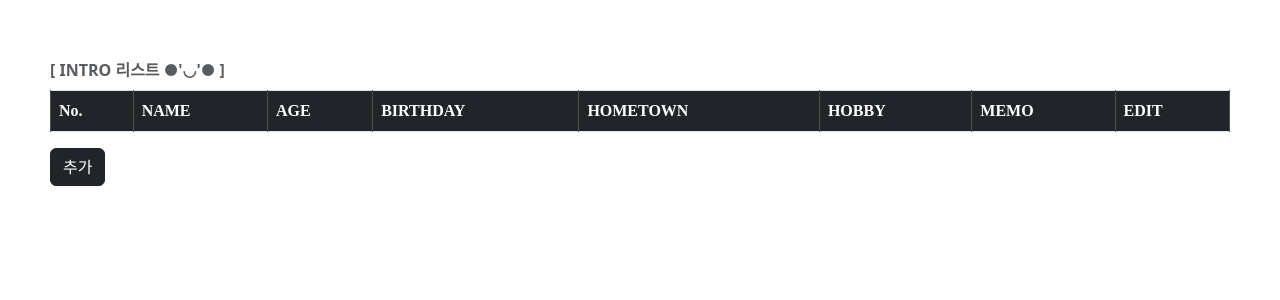
Repository: jini8293/Sist_04
Page: http://localhost/jspProject/intro/introList.jsp
These files come from the project's save history. The page is drawn as it stood at one moment and after the next save; the edit follows.
The browser window is 1280 px wide. The pictures show the whole page.
Some web fonts or font styles are not loaded; a fallback is used. The page is served by Tomcat 9. Other server files are loaded and not shown. Queries for data that is not in the repository find no rows.

Above is the page before, as saved 2024-03-07 00:36:32.

### jspwork/jspProject/src/main/webapp/intro/introList.jsp
<%@page import="intro.model.IntroDto"%>
<%@page import="java.util.Vector"%>
<%@page import="intro.model.IntroDao"%>
<%@page import="java.util.ArrayList"%>
<%@ page language="java" contentType="text/html; charset=UTF-8"
	pageEncoding="UTF-8"%>
<!DOCTYPE html>
<html>
<head>
<meta charset="UTF-8">
<link
	href="https://fonts.googleapis.com/css2?family=Black+Han+Sans&family=Gowun+Dodum&family=IBM+Plex+Sans+KR&display=swap"
	rel="stylesheet">
<link
	href="https://cdn.jsdelivr.net/npm/bootstrap@5.3.2/dist/css/bootstrap.min.css"
	rel="stylesheet">
<script src="https://code.jquery.com/jquery-3.7.0.js"></script>
<title>Insert title here</title>
</head>
<%
IntroDao dao = new IntroDao();
Vector<IntroDto> intro = dao.listIntro();
%>
<body>

	<div style="margin: 50px 50px">
		<table class="table table-bordered">
			<caption align="top">
				<b>[ INTRO 리스트 ●'◡'● ]</b>
			</caption>
			<tr>

				<th style="font-family: IBM Plex Sans KR;" class="table-dark">No.</th>
				<th style="font-family: IBM Plex Sans KR" class="table-dark">NAME</th>
				<th style="font-family: IBM Plex Sans KR" class="table-dark">AGE</th>
				<th style="font-family: IBM Plex Sans KR" class="table-dark">BIRTHDAY</th>
				<th style="font-family: IBM Plex Sans KR" class="table-dark">HOMETOWN</th>
				<th style="font-family: IBM Plex Sans KR" class="table-dark">HOBBY</th>
				<th style="font-family: IBM Plex Sans KR" class="table-dark">MEMO</th>
				<th style="font-family: IBM Plex Sans KR" class="table-dark">EDIT</th>

			</tr>
			<%
			for (int i = 0; i < intro.size(); i++) {
				IntroDto dto = intro.get(i);

			%>

			<tr>
				<td align="center"><%=i+1%></td>
				<td align="center"><%=dto.getName()%></td>
				<td align="center"><%=dto.getAge()%></td>
				<td align="center"><%=dto.getBirthday()%></td>
				<td align="center"><%=dto.getHometown()%></td>
				<td align="center"><%=dto.getHobby()%></td>
				<td align="center"><%=dto.getMemo()%></td>
				<td align="center"><button type="button" class="btn btn-success btn-sm"
						onclick="location.href='updateForm.jsp?num=<%=dto.getNum()%>'">수정</button>
				</td>
			</tr>
			<%
			}
			%>

		</table>
		<button type="button" class="btn btn-dark"
			onclick="location.href='addForm.jsp'">추가</button>

	</div>
</body>
</html>

### jspwork/jspProject/src/main/java/intro/model/IntroDao.java
package intro.model;

import java.sql.Connection;
import java.sql.PreparedStatement;
import java.sql.ResultSet;
import java.sql.SQLException;
import java.util.ArrayList;
import java.util.List;
import java.util.Vector;

import mysql.db.DbConnect;
import team.model.TeamDto;

public class IntroDao {
	DbConnect db = new DbConnect();

	public void insertIntro(IntroDto dto) {

		Connection conn = db.getConnection();
		PreparedStatement pstmt = null;

		String sql = "insert into intro (name,age,birthday,hometown,hobby,memo) values(?,?,?,?,?,?)";

		try {
			pstmt = conn.prepareStatement(sql);

			pstmt.setString(1, dto.getName());
			pstmt.setString(2, dto.getAge());
			pstmt.setString(3, dto.getBirthday());
			pstmt.setString(4, dto.getHometown());
			pstmt.setString(5, dto.getHobby());
			pstmt.setString(6, dto.getMemo());

			// 실행
			pstmt.execute();

		} catch (SQLException e) {
			// TODO Auto-generated catch block
			e.printStackTrace();
		} finally {
			db.dbClose(pstmt, conn);
		}

	}

	public List<IntroDto> getData(){
		List<IntroDto> list = new Vector<IntroDto>();

		Connection conn = db.getConnection();
		PreparedStatement pstmt = null;
		ResultSet rs = null;

		String sql = "select * from intro order by num";

		try {
			pstmt = conn.prepareStatement(sql);
			rs = pstmt.executeQuery();

			while(rs.next()) {
				IntroDto dto = new IntroDto();

				dto.setNum(rs.getString("num"));
				dto.setName(rs.getString("name"));
				dto.setAge(rs.getString("age"));
				dto.setBirthday(rs.getString("birthday"));
				dto.setHometown(rs.getString("hometown"));
				dto.setMemo(rs.getString("memo"));

			}
		} catch (SQLException e) {
			// TODO Auto-generated catch block
			e.printStackTrace();
		}finally {
			db.dbClose(rs, pstmt, conn);
		}
		return list;
	}

	public Vector<IntroDto> listIntro() {
		Vector<IntroDto> intro = new Vector<IntroDto>();

		Connection conn = db.getConnection();
		PreparedStatement pstmt = null;
		ResultSet rs = null;

		String sql = "select * from intro order by num";

		try {
			pstmt = conn.prepareStatement(sql);
			rs = pstmt.executeQuery();

			while (rs.next()) {
				IntroDto dto = new IntroDto();

				dto.setNum(rs.getString("num"));
				dto.setName(rs.getString("name"));
				dto.setAge(rs.getString("age"));
				dto.setBirthday(rs.getString("birthday"));
				dto.setHometown(rs.getString("hometown"));
				dto.setHobby(rs.getString("hobby"));
				dto.setMemo(rs.getString("memo"));

				intro.add(dto);

			}
		} catch (SQLException e) {
			// TODO Auto-generated catch block
			e.printStackTrace();
		} finally {
			db.dbClose(rs, pstmt, conn);
		}

		return intro;

	}

}

### jspwork/jspProject/src/main/java/mysql/db/DbConnect.java
package mysql.db;

import java.sql.Connection;
import java.sql.DriverManager;
import java.sql.PreparedStatement;
import java.sql.ResultSet;
import java.sql.SQLException;
import java.sql.Statement;

public class DbConnect {

	static final String MYSQLDRIVER="com.mysql.cj.jdbc.Driver";
	static final String MYSQL_URL="jdbc:mysql://localhost:3306/kje";

	public DbConnect() {
		try {
			Class.forName(MYSQLDRIVER);
			System.out.println("mysql 드라이버성공");
		} catch (ClassNotFoundException e) {
			// TODO Auto-generated catch block
			//e.printStackTrace();
			System.out.println("mysql 드라이버 실패"+e.getMessage());
		}
	}


	public Connection getConnection()
	{
		Connection conn=null;

		try {
			conn=DriverManager.getConnection(MYSQL_URL, "angel", "a1234");
			System.out.println("MYSQL계정연결성공");
		} catch (SQLException e) {
			// TODO Auto-generated catch block
			e.printStackTrace();
			System.out.println("MYSQL연결실패: "+e.getMessage());
		}


		return conn;
	}

	//close 총 4개 오버로딩
	public void dbClose(ResultSet rs,Statement stmt,Connection conn)
	{

			try {
				if(rs!=null) rs.close();
				if(stmt!=null) stmt.close();
				if(conn!=null) conn.close();
			} catch (SQLException e) {
				// TODO Auto-generated catch block
				e.printStackTrace();
			}
	}

	public void dbClose(Statement stmt,Connection conn)
	{

			try {

				if(stmt!=null) stmt.close();
				if(conn!=null) conn.close();
			} catch (SQLException e) {
				// TODO Auto-generated catch block
				e.printStackTrace();
			}
	}

	public void dbClose(ResultSet rs,PreparedStatement pstmt,Connection conn)
	{

			try {
				if(rs!=null) rs.close();
				if(pstmt!=null) pstmt.close();
				if(conn!=null) conn.close();
			} catch (SQLException e) {
				// TODO Auto-generated catch block
				e.printStackTrace();
			}
	}

	public void dbClose(PreparedStatement pstmt,Connection conn)
	{

			try {

				if(pstmt!=null) pstmt.close();
				if(conn!=null) conn.close();
			} catch (SQLException e) {
				// TODO Auto-generated catch block
				e.printStackTrace();
			}
	}




//	public static void main(String[] args) {
//		DbConnect db = new DbConnect();
//	}
//

}

After the next save:
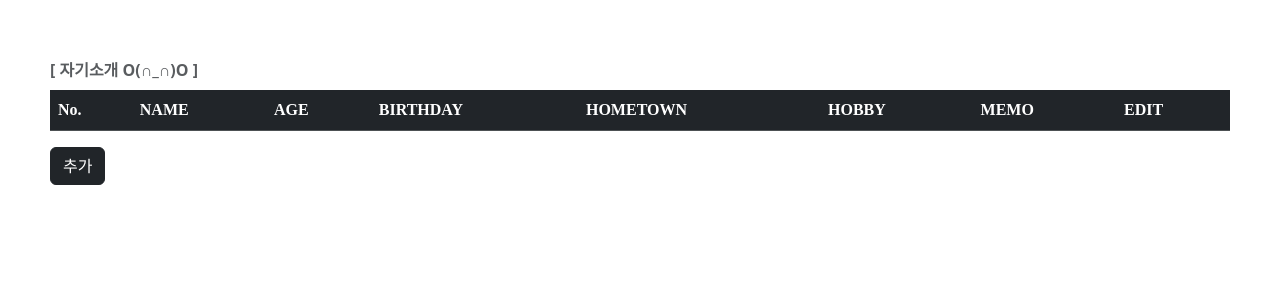
Saved 6 min 49 s later.
--- a/jspwork/jspProject/src/main/webapp/intro/introList.jsp
+++ b/jspwork/jspProject/src/main/webapp/intro/introList.jsp
@@ -24,9 +24,9 @@
 <body>
 
 	<div style="margin: 50px 50px">
-		<table class="table table-bordered">
+		<table class="table table-dark">
 			<caption align="top">
-				<b>[ INTRO 리스트 ●'◡'● ]</b>
+				<b>[ 자기소개 O(∩_∩)O ]</b>
 			</caption>
 			<tr>
 
